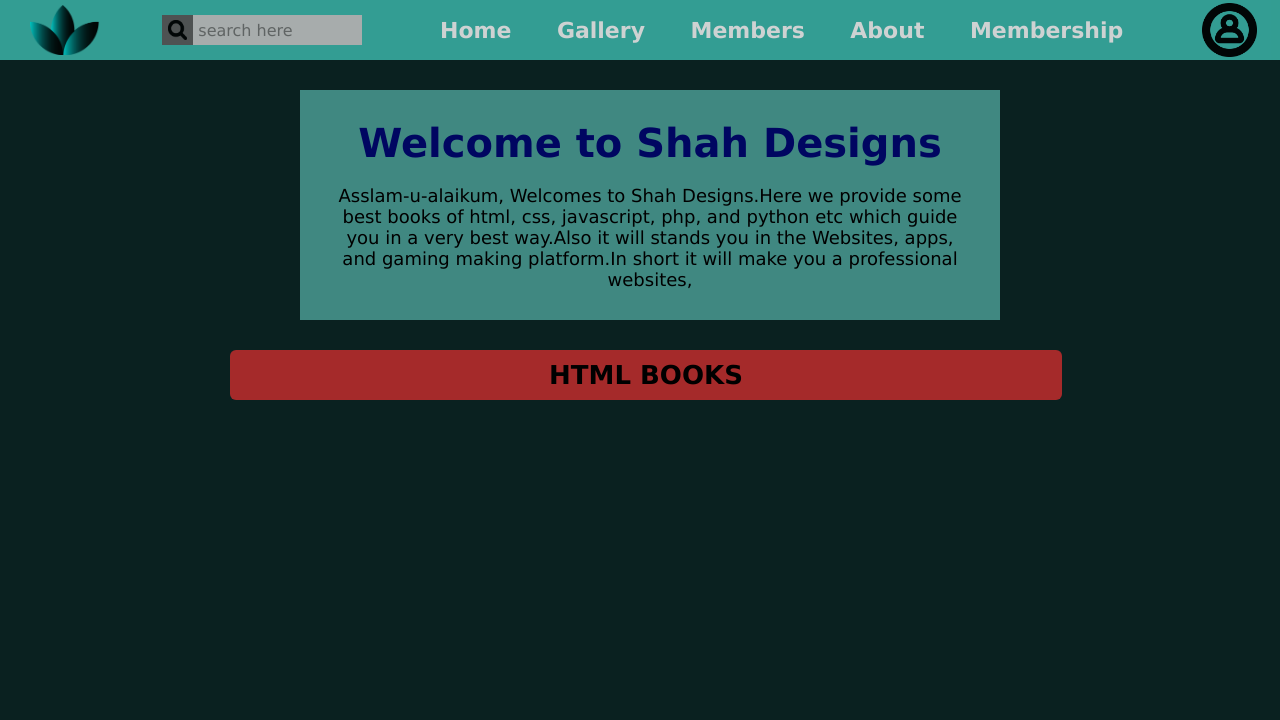
Repository: RawahaMR11/my_assignments
Page: rawaha computer/Shah Designs web/Shah home page.html
The author's editor kept a copy of each file at every save. The page is drawn from the files as they stood at one save, then again after the next save.
The browser window is 1280 px wide. The pictures show the whole page.

Above is the page before, as saved 2024-12-13 08:25:55.

After the next save:
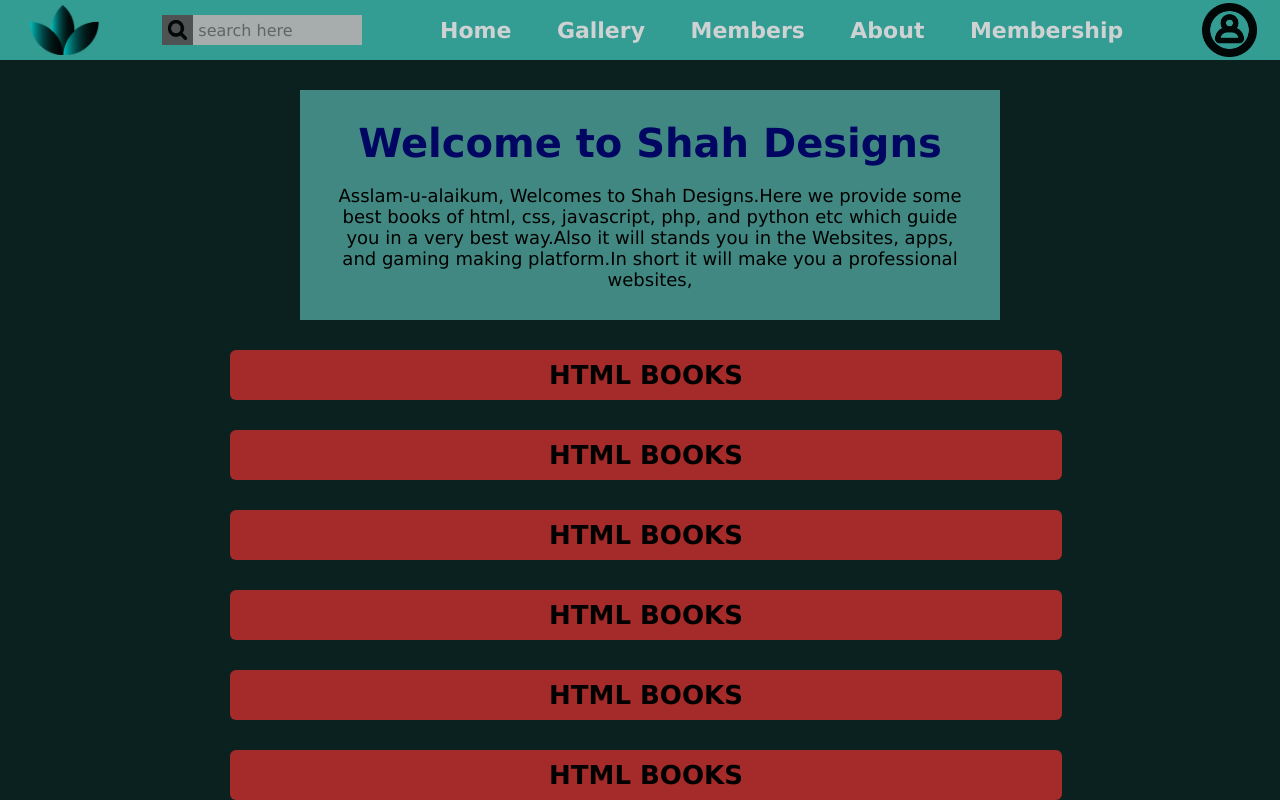
Saved 8 min 30 s later.
--- a/rawaha computer/Shah Designs web/Shah home page.html
+++ b/rawaha computer/Shah Designs web/Shah home page.html
@@ -48,6 +48,21 @@
       <div class="html-books">
             <p>HTML BOOKS</p>
       </div>
+      <div class="html-books">
+            <p>HTML BOOKS</p>
+      </div>
+      <div class="html-books">
+            <p>HTML BOOKS</p>
+      </div>
+      <div class="html-books">
+            <p>HTML BOOKS</p>
+      </div>
+      <div class="html-books">
+            <p>HTML BOOKS</p>
+      </div>
+      <div class="html-books">
+            <p>HTML BOOKS</p>
+      </div>
 </div>
 </body>
 </html>

After the save that followed:
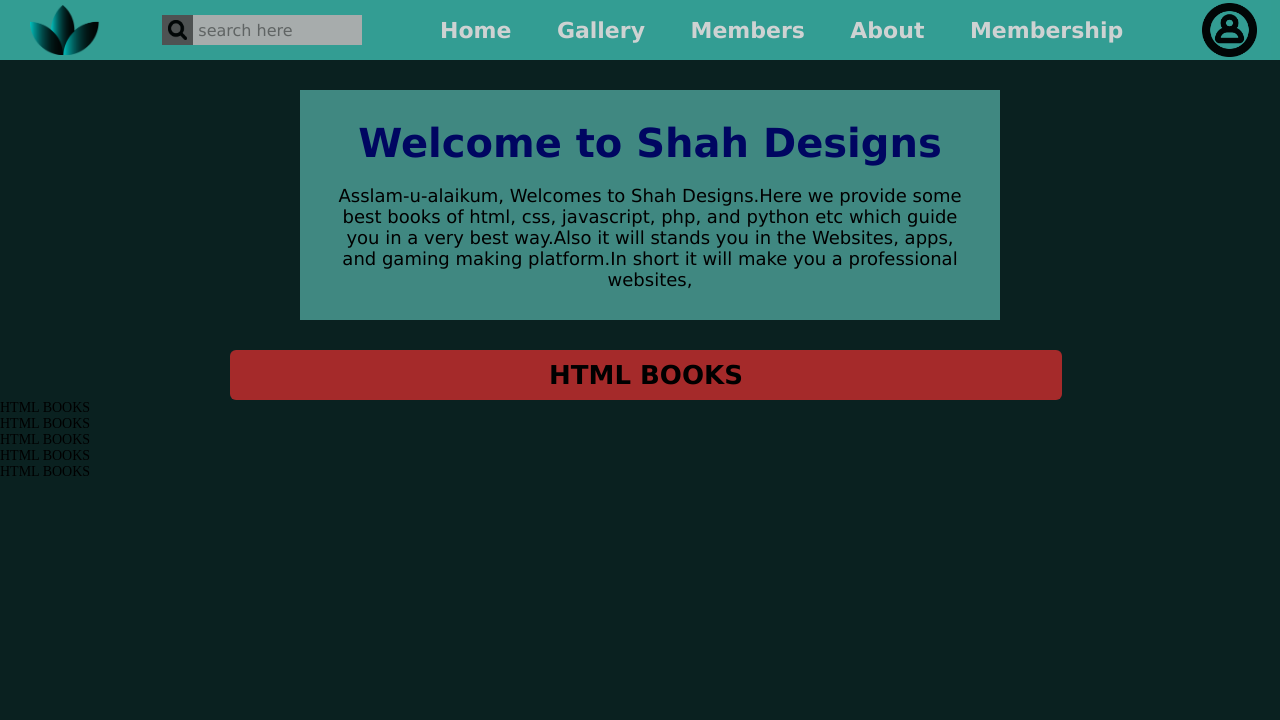
Saved 53 s later.
--- a/rawaha computer/Shah Designs web/Shah home page.html
+++ b/rawaha computer/Shah Designs web/Shah home page.html
@@ -48,19 +48,19 @@
       <div class="html-books">
             <p>HTML BOOKS</p>
       </div>
-      <div class="html-books">
+      <div class="css-books">
             <p>HTML BOOKS</p>
       </div>
-      <div class="html-books">
+      <div class="javascript-books">
             <p>HTML BOOKS</p>
       </div>
-      <div class="html-books">
+      <div class="php-books">
             <p>HTML BOOKS</p>
       </div>
-      <div class="html-books">
+      <div class="python-books">
             <p>HTML BOOKS</p>
       </div>
-      <div class="html-books">
+      <div class="C++-books">
             <p>HTML BOOKS</p>
       </div>
 </div>
